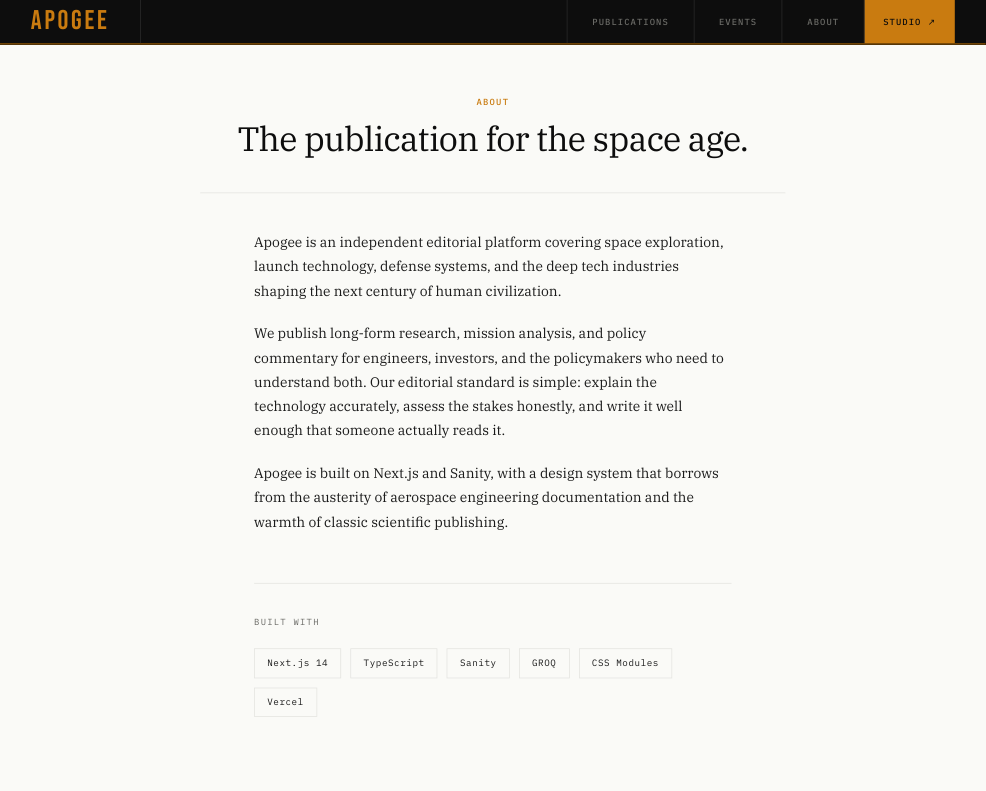
Repository: aricmoore/apogee
Page: /about
An editor plug-in stored every save of this project. The page is shown before and after the next save, followed by the edit.
The browser window is 1280 px wide. The pictures show the whole page, at 77% of full size.
The project was rebuilt for these pictures with package versions that can differ from the ones it lists, and the page was loaded fresh each time. The framework's server and built-in components were replaced by stand-ins that run in the browser. Also part of the build but not shown: next.config.ts.

Above is the page before, as saved 2026-04-12 20:42:17.

After the next save:
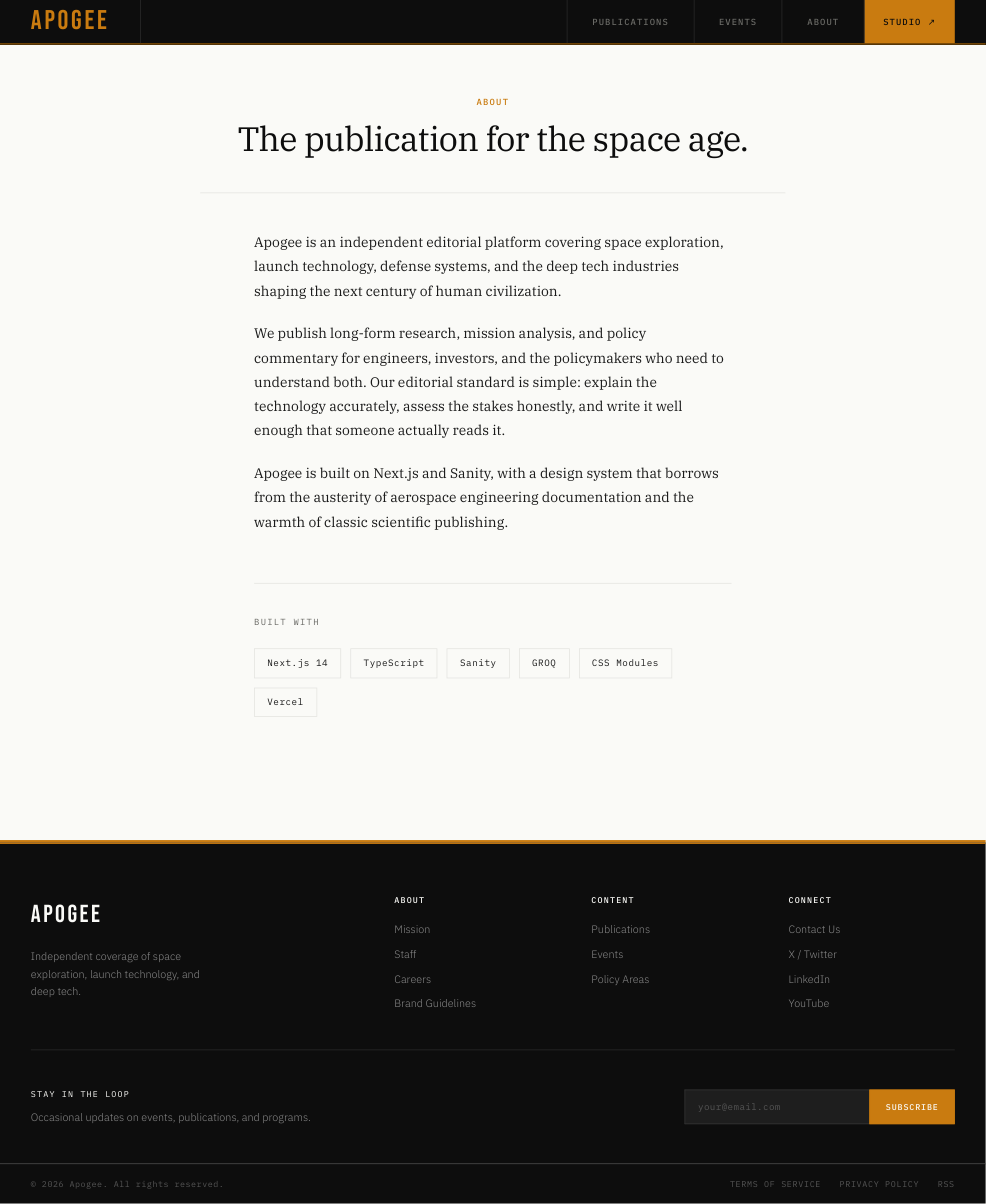
Saved 43 s later.
--- a/src/app/layout.tsx
+++ b/src/app/layout.tsx
@@ -1,23 +1,11 @@
-import type { Metadata } from "next";
-import { Geist, Geist_Mono } from "next/font/google";
-import "./globals.css";
+import type { Metadata } from 'next'
 import '@/app/globals.css'
 import Nav from '@/components/Nav'
 import Footer from '@/components/Footer'
 
-const geistSans = Geist({
-  variable: "--font-geist-sans",
-  subsets: ["latin"],
-});
-
-const geistMono = Geist_Mono({
-  variable: "--font-geist-mono",
-  subsets: ["latin"],
-});
-
 export const metadata: Metadata = {
-  title: 'Masthead',
-  description: 'Editorial publishing platform',
+  title: 'Apogee',
+  description: 'Space & Deep Tech',
 }
 
 export default function RootLayout({ children }: { children: React.ReactNode }) {
@@ -26,6 +14,7 @@ export default function RootLayout({ children }: { children: React.ReactNode })
       <body>
         <Nav />
         <main>{children}</main>
+        <Footer />
       </body>
     </html>
   )
